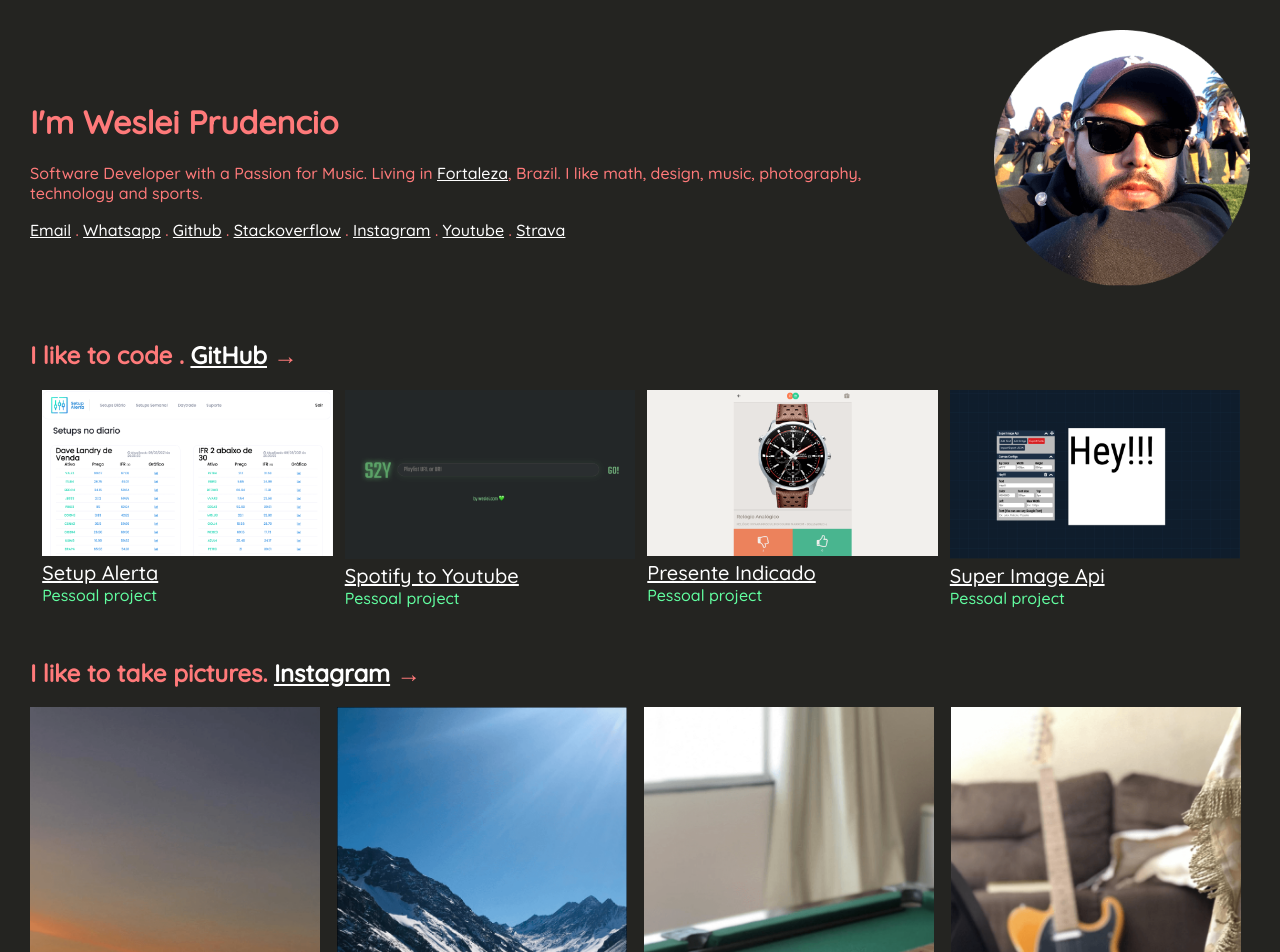
Repository: wprudencio/mywebsite
Page: index_src.html
An editor plug-in stored every save of this project. The page is shown before and after the next save, followed by the edit.
The browser window is 1280 px wide. The pictures show the part of the page from y = 0 to 952 px (the page is 1962 px tall).

Above is the page before, as saved 2021-04-15 21:19:50.

### index_src.html
<!DOCTYPE html>
<html lang="en">
  <head>
    <meta charset="UTF-8" />
    <meta name="viewport" content="width=device-width, initial-scale=1.0" />
    <meta http-equiv="X-UA-Compatible" content="ie=edge" />
    <meta name="description" content="Software Developer with a Passion for Music. I like math, design, music, photography, technology and sports.">
    <meta name="keywords" content="Software Engineer,nodejs,node,node.js,javascript,react,react-native,react,postgree,dokku,docker,css,html,fullstack,fullstack developer">
    <title>Weslei Prudencio - Fullstack Developer</title>
    <link rel="stylesheet" type="text/css" href="style.css" />
    <link rel="preconnect" href="https://fonts.gstatic.com" />
    <link rel="shortcut icon" href="img/favicon.ico">
    <link
      href="https://fonts.googleapis.com/css2?family=Quicksand:wght@500&display=swap"
      rel="stylesheet"
    />
  </head>
  <body>
    <div class="header">
      <div class="titles">
        <h1 class="title">I'm Weslei Prudencio</h1>
        <div class="subtile subcolor">
          Software Developer with a Passion for Music. Living in <a target="_blank" href="https://www.google.com/maps/search/fortaleza/@-3.7402515,-38.5448821,14.12z">Fortaleza</a>,
          Brazil. I like math, design, music, photography, technology and sports.
        </div>
        <div class="social-links">
          <a target="_blank" href="/img/contactme.png">Email</a> . <a target="_blank" href="https://api.whatsapp.com/send?phone=+5585997731370&text=hey!"> Whatsapp</a> . <a target="_blank" href="https://github.com/wprudencio">Github</a> .
          <a target="_blank" href="https://stackoverflow.com/users/1723176/weslei-prudencio">Stackoverflow</a> . <a target="_blank" href="https://www.instagram.com/wesprudencio/">Instagram</a> .
          <a target="_blank" href="https://www.youtube.com/user/wesleiwpa">Youtube</a> . <a target="_blank" href="https://www.strava.com/athletes/46133690">Strava</a>
        </div>
      </div>
      <div class="profile-picture"><img src="./img/weslei.png" /></div>
    </div>

    <section class="code">
      <h1 class="title">
        I like to code . <a href="https://github.com/wprudencio" target="_blank" class="subcolor">GitHub</a>
        <span class="hide-on-mobile">→</span>
      </h1>
      <div class="hide-on-mobile">

        <div class="code-content">
          <img src="img/screenshot_setupalerta.png" width="300" />
          <div class="title"><a class="title" href="https://www.setupalerta.com.br">Setup Alerta</a></div>
          <div class="subtitle">Pessoal project</div>
          <!-- <div class="description">
            Software Developer with a Passion for Design. Living in Fortaleza,
            Brazil. I like math, design, technology, and found in software
            development the perfect balance. Django
          </div> -->
        </div>
        <div class="code-content">
          <img src="img/screenshot_s2y.png" width="300" />
          <div class="title"><a class="title" href="https://spotifytoyoutube.weslei.com/">Spotify to Youtube</a></div>
          <div class="subtitle">Pessoal project</div>
          <!-- <div class="description">
            Software Developer with a Passion for Design. Living in Fortaleza,
            Brazil. I like math, design, technology, and found in software
            development the perfect balance. Django
          </div> -->
        </div>
        <div class="code-content">
          <img src="img/screenshot_presenteindicado.png" width="300" />
          <div class="title"><a class="title" href="https://presenteindicado.herokuapp.com/">Presente Indicado</a></div>
          <div class="subtitle">Pessoal project</div>
          <!-- <div class="description">
            Software Developer with a Passion for music and design. Living in Fortaleza,
            Brazil. I like music, design, technology, and found in software
            development the perfect balance. Django
          </div> -->
        </div>
        <div class="code-content">
          <img src="img/screenshot_superimageapi.png" width="300" />
          <div class="title"><a class="title" href="https://superimageapi.weslei.com/">Super Image Api</a></div>
          <div class="subtitle">Pessoal project</div>
          <!-- <div class="description">
            Software Developer with a Passion for music and design. Living in Fortaleza,
            Brazil. I like music, design, technology, and found in software
            development the perfect balance. Django
          </div> -->
        </div>
        <!-- <div class="code-content">
          <img src="img/screenshot_s2y.png" width="300" />
          <div class="title">Setup Alerta</div>
          <div class="subtitle">Pessoal project</div>
          <div class="description">
            Software Developer with a Passion for Design. Living in Fortaleza,
            Brazil. I like math, design, technology, and found in software
            development the perfect balance. Django
          </div>
        </div> -->
      </div>
    </section>

    <section class="photo">
      <h1 class="title">
        I like to take pictures. <a href="https://www.instagram.com/wesprudencio/" target="_blank" class="subcolor">Instagram</a href="">
        <span class="hide-on-mobile">→</span>
      </h1>
      <div class="section-content hide-on-mobile">
        <img src="img/photo1.png" />
        <img src="img/photo2.png" />
        <img src="img/photo3.png" />
        <img src="img/photo4.png" />
      </div>
    </section>
    <section class="music">
      <h1 class="title">
        I like to play . <a href="https://www.youtube.com/user/wesleiwpa" target="_blank" class="subcolor">YouTube</a>
        <span class="hide-on-mobile">→</span>
      </h1>
      <div class="section-content hide-on-mobile">
        <iframe
          src="https://www.youtube.com/embed/yPIpGEmBJB4"
          frameborder="0"
          allow="accelerometer; autoplay; clipboard-write; encrypted-media; gyroscope; picture-in-picture"
          allowfullscreen
        ></iframe>
        <iframe
          src="https://www.youtube.com/embed/cLxHDwdbUxs"
          frameborder="0"
          allow="accelerometer; autoplay; clipboard-write; encrypted-media; gyroscope; picture-in-picture"
          allowfullscreen
        ></iframe>
        <iframe
          src="https://www.youtube.com/embed/GoNQzONj6T8"
          frameborder="0"
          allow="accelerometer; autoplay; clipboard-write; encrypted-media; gyroscope; picture-in-picture"
          allowfullscreen
        ></iframe>
        <iframe
          src="https://www.youtube.com/embed/zvhm4AExjm4"
          frameborder="0"
          allow="accelerometer; autoplay; clipboard-write; encrypted-media; gyroscope; picture-in-picture"
          allowfullscreen
        ></iframe>
      </div>
    </section>

    <footer>Made with love in 🇧🇷</footer>


<!-- Global site tag (gtag.js) - Google Analytics -->
<script async src="https://www.googletagmanager.com/gtag/js?id=G-LMNC2LT64Z"></script>
<script>
  window.dataLayer = window.dataLayer || [];
  function gtag(){dataLayer.push(arguments);}
  gtag('js', new Date());

  gtag('config', 'G-LMNC2LT64Z');
</script><!-- Global site tag (gtag.js) - Google Analytics -->
<script async src="https://www.googletagmanager.com/gtag/js?id=G-LMNC2LT64Z"></script>
<script>
  window.dataLayer = window.dataLayer || [];
  function gtag(){dataLayer.push(arguments);}
  gtag('js', new Date());

  gtag('config', 'G-LMNC2LT64Z');
</script>
  </body>
</html>

### style.css
body {
  background-color: #242421;
  font-family: "Quicksand", sans-serif;
  color: #ff7a7a;
  max-width: 1400px;
  margin: 0 auto;
  padding: 30px;
}
section {
  margin-top: 50px;
}
a {
  color: #ffff;
}

.social-links {
  padding-top: 17px;
}

.header {
  display: flex;
  flex-direction: row;
  margin: auto;
}

.code > div {
  display: flex;
}

.code-content {
  max-width: 23.8%;
  padding-left: 1%;
}

.code-content > img {
  width: 100%;
}

.code-content .title {
  font-size: 20px;
}

.code-content .subtitle {
  color: #62ffa1;
}

.code-content .description {
  color: #ffff;
}

.header .titles {
  margin: auto 0;
}

.header .subtile {
  margin-right: 50px;
}

.profile-picture > img {
  width: 256px;
  margin: auto;
}

section.photo img {
  width: 23.8%;

  margin: auto;
}

section.photo img:not(:last-child) {
  padding-right: 1%;
}

section.music iframe {
  width: 23.8%;
  height: 500px;
}

section.music iframe:not(:last-child) {
  padding-right: 1%;
}
footer {
  margin-top: 40px;
}

@media only screen and (min-width: 1077px) {
}

@media only screen and (max-width: 800px) {
  .hide-on-mobile {
    display: none !important;
  }

  .profile-picture > img {
    width: 120px;
    margin: auto;
  }
}

After the next save:
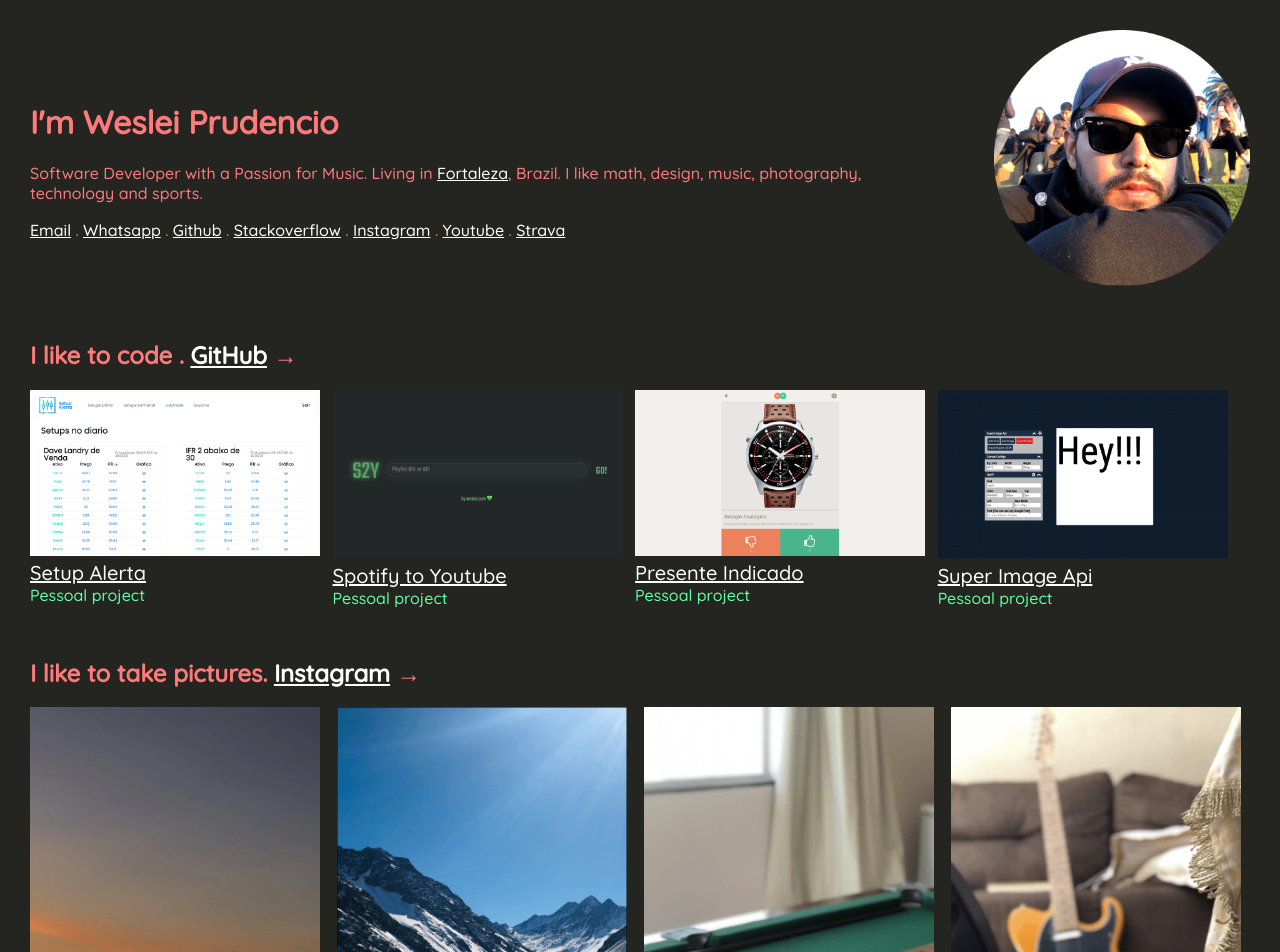
Saved 48 s later.
--- a/style.css
+++ b/style.css
@@ -29,6 +29,9 @@ a {
 
 .code-content {
   max-width: 23.8%;
+}
+
+.code-content:not(:first-child) {
   padding-left: 1%;
 }
 
